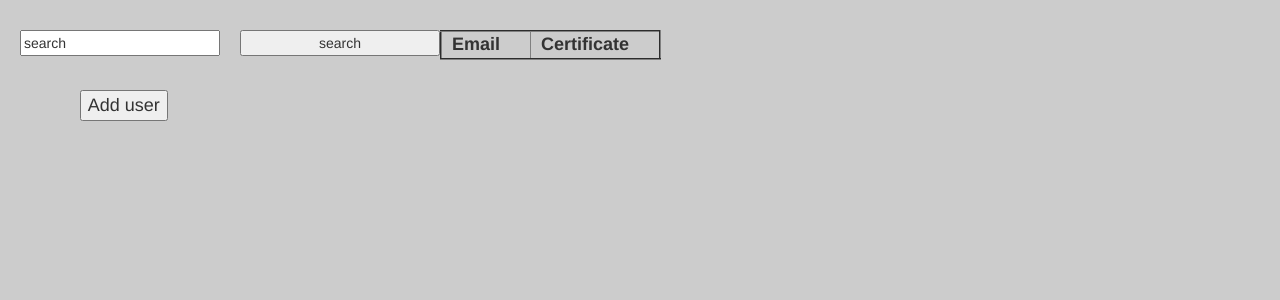
Repository: marijabroceta/ProjekatIB
Page: IB_Project_Shell/src/main/resources/static/main_page.html
The author's editor kept a copy of each file at every save. The page is drawn from the files as they stood at one save, then again after the next save.
The browser window is 1280 px wide. The pictures show the whole page.
The page's requests for data from a server got no answer.

Above is the page before, as saved 2018-06-30 22:17:38.

### IB_Project_Shell/src/main/resources/static/main_page.html
<!DOCTYPE html>
<html>
<head>
	<title>Main</title>
	<script src="js/jquery-2.1.4.min.js"></script>
	<link rel="stylesheet" type="text/css" href="bootstrap/css/bootstrap.min.css"/>
    <script src="bootstrap/js/bootstrap.min.js"></script>
    <link rel="stylesheet" type="text/css" href="css/main_page.css">
    <script src="js/main_page.js" type="text/javascript"></script>
</head>
<body>
	<div id="search_div">
		<input type="text" name="search" id="search" value="search"/>
		<input type="button" name="search_btn" id="search_btn" value="search"/>
	</div>
	<div id="table">
		<table id="users_table" border="2">
			<tr>
				<th>Email</th>
				<th>Certificate</th>
			</tr>
		</table>
		<div id="buttons">
			<button id="add_user">Add user</button>
			<button id="activate_user">Activate user</button>
		</div>

		<div id="add_form">
			<form name="add_user_form" method="post" id="add_user_form">
		       	<label for="email">Email</label>
		 		<input type="text" id="email" name="email"><br>
		 		<label for="password">Password</label>
		 		<input type="password" id="password" name="password"><br>
		 		<input type="submit" name="submit" id="submit" value="submit" class="button" /><br>
		 		<input type="button" name="cancel" id="cancel" value="cancel" class="button" />
	    	</form>
		</div>
		<div id="table_inactive">
			<table id="users_inactive" border="2">

		</table>
		</div>
	</div>

</body>
</html>

### IB_Project_Shell/src/main/resources/static/css/main_page.css
#table{
	/*position: absolute;
    top: 20%;
    left: 30%;
    right: 30%;
    bottom: 20%;*/
    margin-top: 30px;
    margin-left: 30px;
    font-size: 18px;
}

#table_inactive{
	margin-top: 30px;

    font-size: 18px;
}

th{
	padding-right: 30px;
	padding-left: 10px;
}

body {
    text-align: center;
    background: #ccc;
}

#buttons{
	margin-top: 30px;
	margin-right: 85%;
}



#add_form{
	margin-top: 30px;
}

label,input {
 display: block;
width: 200px;
 float: left;
 margin-left: 20px;
 margin-bottom: 10px;

}

label {
 text-align: right;
 width: 75px;
 padding-right: 20px;

}

br {
 clear: left;
}

#submit,#cancel{
	margin-left:115px;
}

### IB_Project_Shell/src/main/resources/static/js/main_page.js
$(document).ready(function(){
	var user_id = 0;
	var token = localStorage.getItem("token");
	console.log(token);
	var logged = null;
	var activate_user = $('#activate_user');
	$('#add_form').hide();
	activate_user.hide();

	$.ajax({
		url: "https://localhost:8443/api/users/logged",
		type: 'GET',
		headers: { "Authorization": "Bearer " + token},
		contentType : "application/json",
		dataType:'json',
		crossDomain: true,
		success : function(response) {

			console.log("logged " + response.authorities[0].name);
			logged = response;
			if(logged.authorities[0].name == "ADMIN"){
				activate_user.show();
				activate_user.on('click',function(e){
					$.ajax({
						headers:{"Authorization" :"Bearer " + token},
						contentType: 'application/json',
						type: 'GET',
						dataType:'json',
						crossDomain: true,
						url:'https://localhost:8443/api/users/inactive',
						success:function(response){
							table_header_inactive();
							var table = $('#users_inactive');
							for(var i=0; i<response.length; i++) {
								user = response[i];
								console.log(user);
								table.append('<tr class="data">'+
												'<td>'+user.email+'</td>'+
												'<td>'+user.active+'</td>'+
												'<td><button id="activate_btn" onclick="activate_users(' + user.id + ')" class="btn btn-default">Activate</button></td>'+
											'</tr>');
							}
						}
					});
				});
			}
		},
		error: function (jqXHR, textStatus, errorThrown) {
			console.log(jqXHR.status);
			console.log(jqXHR);

		}
	});


	$.ajax({

		headers:{"Authorization" :"Bearer " + token
			},
		contentType: 'application/json',
		type: 'GET',
		dataType:'json',
		crossDomain: true,
		url:'https://localhost:8443/api/users',
		success:function(response){
			table_header();
			var table = $('#users_table');
			for(var i=0; i<response.length; i++) {
				user = response[i];
				console.log(user);
				table.append('<tr class="data">'+
								'<td>'+user.email+'</td>'+
								'<td>'+user.authorities[0].name+'</td>'+
								'<td><button class="btn btn-default">Download</button></td>'+
							'</tr>');
			}
		},
		error: function (jqXHR, textStatus, errorThrown) {
			console.log(jqXHR);
			alert(textStatus);
		}
	});




	$('#add_user').on('click',function(e){
		$('#add_form').show();
		e.preventDefault();
		return false;
	});

	$('#cancel').on('click',function(e){
		$('#add_form').hide();
		e.preventDefault();
		return false;
	});

	$('input#submit').on('click',function(e){

		console.log("submit");
		var email = $('#email').val().trim();
		var password = $('#password').val().trim();

		var data = {
				'email':email,
				'password':password
			}
			console.log(data);
		$.ajax({
				type: 'POST',
		        contentType: 'application/json',
		        headers:{"Authorization" :"Bearer " + token,
		        	"Access-Control-Allow-Origin": "*"},
		        url: 'https://localhost:8443/api/users/save',
		        data: JSON.stringify(data),
		        dataType: 'json',
		        crossDomain: true,
				cache: false,
				processData: false,
				success:function(response){
					alert("Created");
				},
				error: function (jqXHR, textStatus, errorThrown) {
					console.log(jqXHR);
					alert(textStatus);
				}
		});
		e.preventDefault();
		return false;
	});
});

function table_header(){
	var table = $('#users_table');
	table.empty();
	table.append('<tr>'+
					'<th>Email</th>'+
					'<th>Role</th>'+
					'<th>Certificate</th>'+
				'</tr>');
}

function table_header_inactive(){
	var table = $('#users_inactive');
	table.empty();
	table.append('<tr>'+
					'<th>Email</th>'+
					'<th>Active</th>'+

				'</tr>');
}

function activate_users(id){
	var token = localStorage.getItem("token");
	user_id = id;
	console.log(user_id);
	$.ajax({
		type: 'PUT',
        contentType: 'application/json',
        headers:{"Authorization" :"Bearer " + token},

        url: 'https://localhost:8443/api/users/' + id,

        dataType: 'json',
        crossDomain: true,
		cache: false,
		processData: false,
		success:function(response){
			alert("Activated");
		},
		error: function (jqXHR, textStatus, errorThrown) {
			console.log(jqXHR);
			alert(textStatus);
		}
	});
}

function get_users(){

}

Loaded but not shown: IB_Project_Shell/src/main/resources/static/js/jquery-2.1.4.min.js (library); IB_Project_Shell/src/main/resources/static/bootstrap/css/bootstrap.min.css (library); IB_Project_Shell/src/main/resources/static/bootstrap/js/bootstrap.min.js (library)

After the next save:
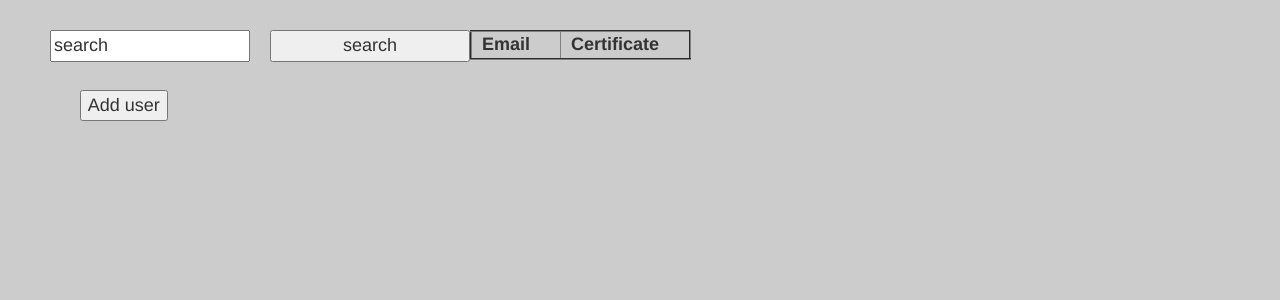
Saved 2 min 6 s later.
--- a/IB_Project_Shell/src/main/resources/static/main_page.html
+++ b/IB_Project_Shell/src/main/resources/static/main_page.html
@@ -9,11 +9,12 @@
     <script src="js/main_page.js" type="text/javascript"></script>
 </head>
 <body>
-	<div id="search_div">
-		<input type="text" name="search" id="search" value="search"/>
-		<input type="button" name="search_btn" id="search_btn" value="search"/>
-	</div>
+
 	<div id="table">
+		<div id="search_div">
+			<input type="text" name="search" id="search" value="search"/>
+			<input type="button" name="search_btn" id="search_btn" value="search"/>
+		</div>
 		<table id="users_table" border="2">
 			<tr>
 				<th>Email</th>
